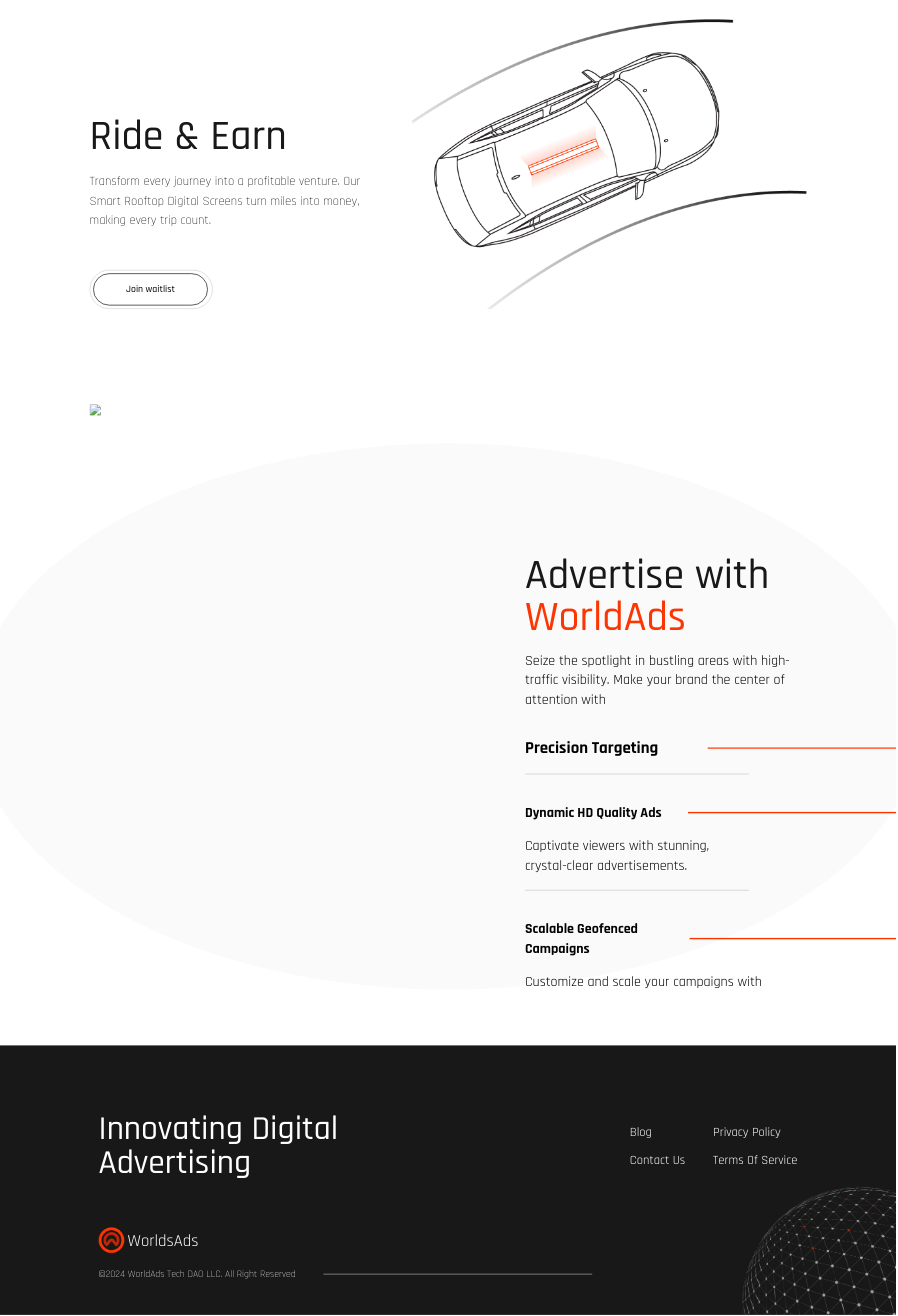
Repository: Abdul-Hannan232/worldAds
Page: /
An editor plug-in stored every save of this project. The page is shown before and after the next save, followed by the edit.
The browser window is 1280 px wide. The page is 1283 px wide, so the pictures cover 1283 px, including what lies to the right of the window. The pictures show the part of the page from y = 2099 to 3979 px (the page is 3979 px tall), at 70% of full size.
An inner scrolling area shows only its first screen. The project was rebuilt for these pictures with package versions that can differ from the ones it lists, and the page was loaded fresh each time. The framework's server and built-in components were replaced by stand-ins that run in the browser. Also part of the build but not shown: next.config.mjs, app/component/NavContent.jsx.

Above is the page before, as saved 2024-05-09 20:29:06.

After the next save:
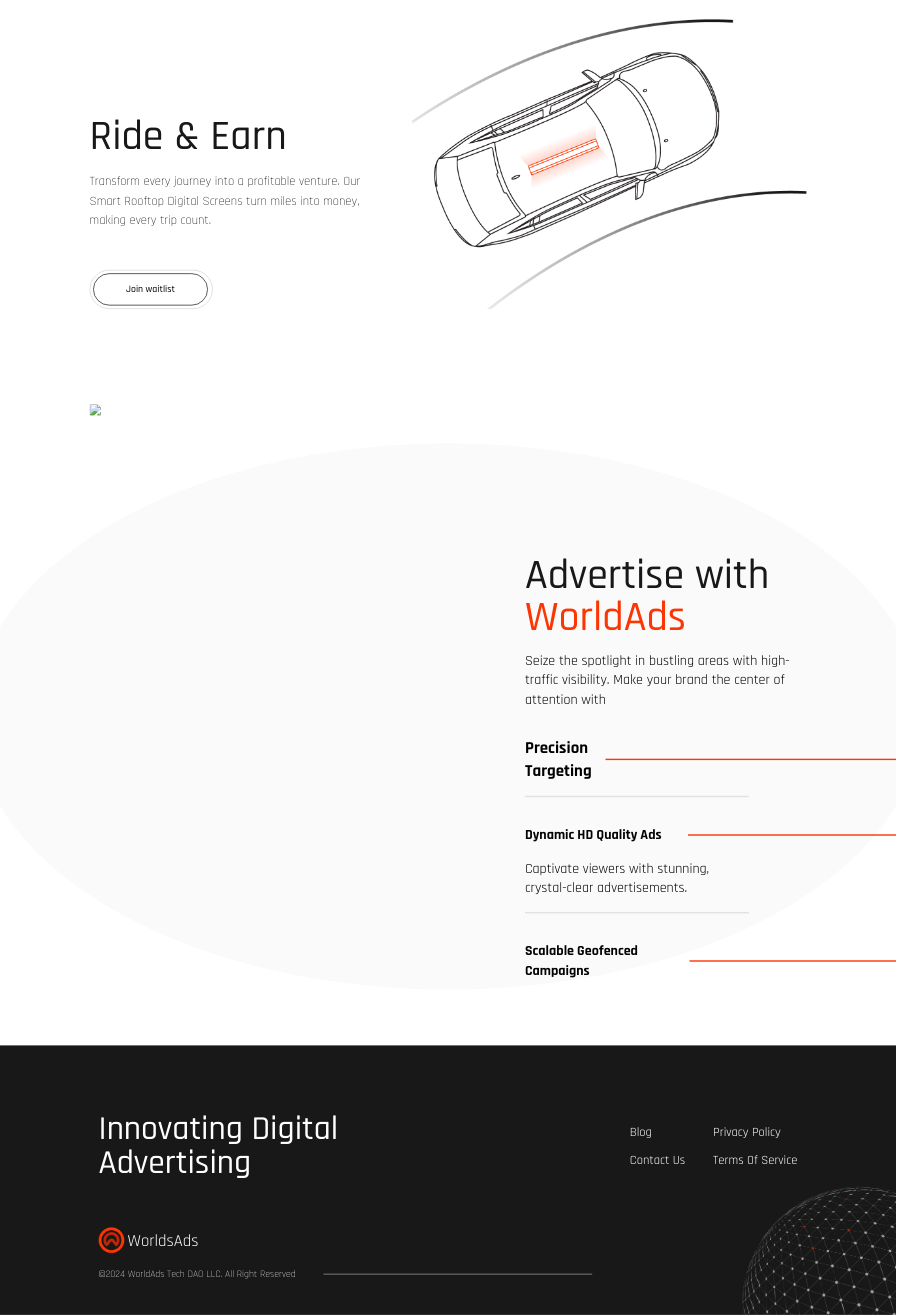
Saved 5 s later.
--- a/app/component/advertise.jsx
+++ b/app/component/advertise.jsx
@@ -19,7 +19,7 @@
           <p className="xl:text-xl lg:text-lg text-sm 2xl:text-2xl lg:w-[400px] 2xl:w-[600px] mt-4 lg:text-start text-center text-[#030303]">Seize the spotlight in bustling areas with high-traffic visibility. Make your brand the center of attention with</p>
           <div className="h-[400px] overflow-scroll ">
             <div className="flex items-center lg:justify-start justify-center w-full gap-5  mt-10">
-              <h1 onClick={precisionOpen} className={`${precision?"xl:text-3xl text-[#7E7E7E33]":"xl:text-2xl text-[#030303]"}lg:text-2xl lg:text-start text-center  text-2xl 2xl:text-6xl xl:w-[90%] lg:w-[60%]  2xl:w-[90%] font-bold `}>Precision Targeting</h1>
+              <h1 onClick={precisionOpen} className={`${precision?"xl:text-3xl text-[#7E7E7E33]":"xl:text-2xl text-[#030303]"}lg:text-2xl lg:text-start text-center  text-2xl 2xl:text-6xl xl:w-[20%] lg:w-[60%]  2xl:w-[90%] font-bold `}>Precision Targeting</h1>
               <hr className="border w-full lg:block hidden  border-[#FC3603]" />
             </div>
             {precision && (

After the save that followed:
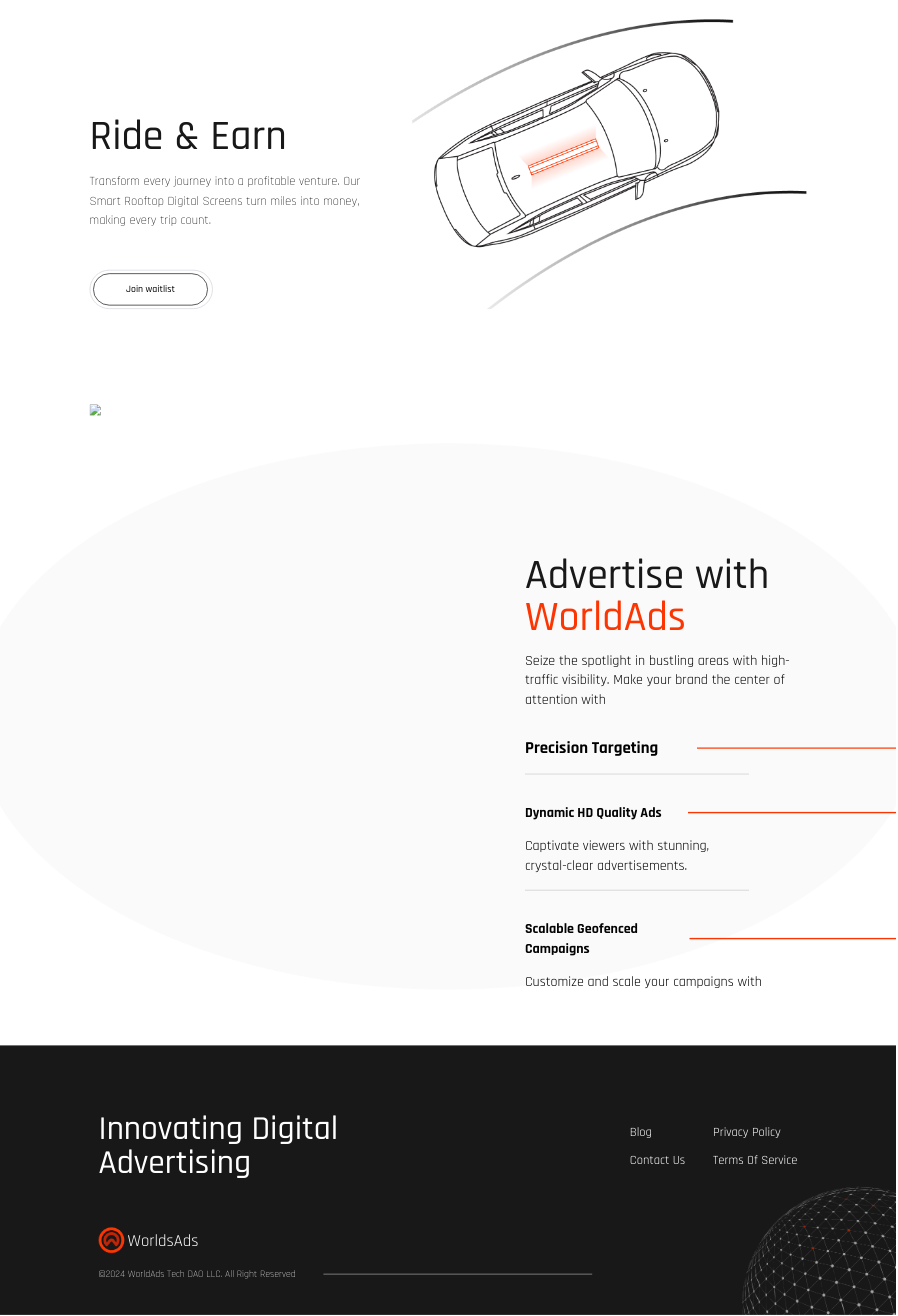
Saved 8 s later.
--- a/app/component/advertise.jsx
+++ b/app/component/advertise.jsx
@@ -19,7 +19,7 @@
           <p className="xl:text-xl lg:text-lg text-sm 2xl:text-2xl lg:w-[400px] 2xl:w-[600px] mt-4 lg:text-start text-center text-[#030303]">Seize the spotlight in bustling areas with high-traffic visibility. Make your brand the center of attention with</p>
           <div className="h-[400px] overflow-scroll ">
             <div className="flex items-center lg:justify-start justify-center w-full gap-5  mt-10">
-              <h1 onClick={precisionOpen} className={`${precision?"xl:text-3xl text-[#7E7E7E33]":"xl:text-2xl text-[#030303]"}lg:text-2xl lg:text-start text-center  text-2xl 2xl:text-6xl xl:w-[20%] lg:w-[60%]  2xl:w-[90%] font-bold `}>Precision Targeting</h1>
+              <h1 onClick={precisionOpen} className={`${precision?"xl:text-3xl text-[#7E7E7E33]":"xl:text-2xl text-[#030303]"}lg:text-2xl lg:text-start text-center  text-2xl 2xl:text-6xl xl:w-[80%] lg:w-[60%]  2xl:w-[90%] font-bold `}>Precision Targeting</h1>
               <hr className="border w-full lg:block hidden  border-[#FC3603]" />
             </div>
             {precision && (
